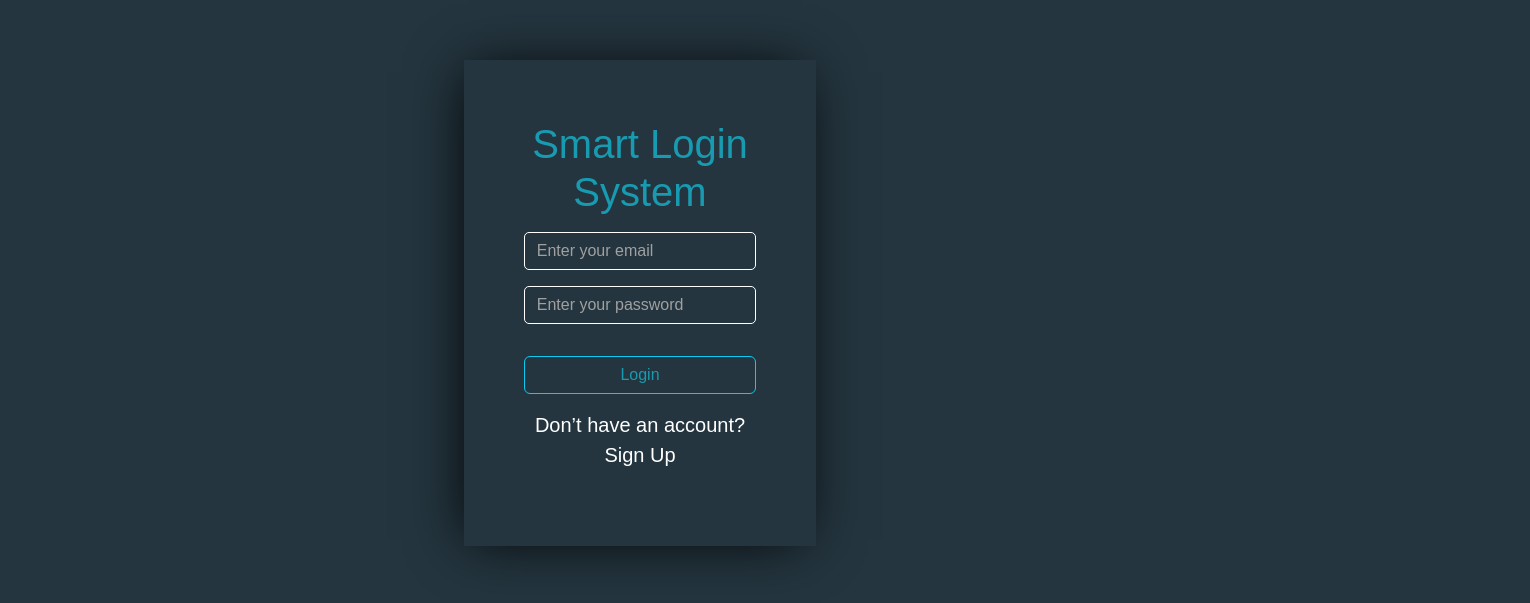
Repository: bodajava/TASK-4
Page: index.html
An editor plug-in stored every save of this project. The page is shown before and after the next save, followed by the edit.
The browser window is 1280 px wide. The page is 1280 px wide, then 1530 px, so the pictures cover 1530 px, including what lies to the right of the window. The pictures show the whole page.

Above is the page before, as saved 2025-06-19 10:21:13.

### index.html
<!DOCTYPE html>
<html lang="en">
  <head>
    <link rel="stylesheet" href="CSS/all.min.css" />
    <link rel="stylesheet" href="CSS/bootstrap.css" />
    <link rel="stylesheet" href="CSS/style.css" />
    <meta charset="UTF-8" />
    <meta name="viewport" content="width=device-width, initial-scale=1.0" />
    <title>Document</title>
  </head>
  <body>
    <div id="item" class="container text-center">
      <div id="item2" class="m-auto w-75 group">
        <h1>Smart Login System</h1>
        <input
          type="text"
          class="form-control my-3"
          placeholder="Enter your email"
          id="signinEmail"
        />
        <input
          type="password"
          class="form-control my-3"
          placeholder="Enter your password"
          id="signinPassword"
        />

        <a class="btnn btn btn-outline-info w-100 my-3" href="theerdIndex.html"
          >Login</a
        >

        <p class="paragraph">
          Don’t have an account?
          <a class="anchor" href="scoundIndex.html">Sign Up</a>
        </p>
      </div>
    </div>

    <script src="js/bootstrap.bundle.min.js"></script>
    <script src="js/index.js"></script>
  </body>
</html>

### CSS/style.css
* {
  padding: 0;
  margin: 0;
  box-sizing: border-box;
}

body {
  background-color: #24353f;
  font-family: Arial, sans-serif;
  display: flex;
  justify-content: center;
  align-content: center;
  align-items: center;
}

#item {
  margin-top: 60px;
  margin-left: 390px;
  margin-right: 390px;
  padding-left: 15px;
  padding-right: 15px;
}

#item2 {
  box-shadow: -5px 2px 54px -9px rgba(0, 0, 0, 1);
  margin-left: 138.75px;
  margin-right: 138.75px;
  padding-left: 60px;
  padding-right: 60px;
  padding-top: 60px;
  padding-bottom: 60px;
}

h1 {
  color: #189bb1;
}

.anchor {
  text-decoration: none;
}

.anchor:hover {
  text-decoration: underline;
}

.paragraph {
  font-size: 20px;
  line-height: 30px;
  font-weight: 400;
  color: white;
}

.paragraph a {
  font-size: 20px;
  line-height: 30px;
  font-weight: 400;
  color: white;
}

.form-control {
  background-color: #24353f;
  border: 1px solid white;
  color: #fff;
  border-radius: 5px;
}

.form-control::placeholder {
  color: #a0a0a0;
}

.form-control:focus {
  background-color: #24353f;
  color: #fff;
  border-color: #189bb1;
  outline: none;
  box-shadow: none;
}

.btnn {
  text-decoration: none;
  color: #189bb1;
}

.btnn:hover {
  color: white;
}

#box {
  box-shadow: -5px 2px 54px -9px rgba(0, 0, 0, 1);
}

#nav {
  background-color: #24353f !important;
}

#container {
  box-shadow: -5px 2px 54px -9px rgba(0, 0, 0, 1);
}

#margen {
  margin-left: 90px;
  font-size: 25px;
  line-height: 38px;
  font-weight: 400;
  color: white;
}

ul li {
  margin-right: 90px;
  padding-bottom: 10px;
}

#userName {
  box-shadow: -5px 2px 54px -9px rgba(0, 0, 0, 1);
  padding-left: 60px;
  padding-right: 60px;
  padding-bottom: 60px;
  padding-top: 60px;
  margin-top: 259.375px;
  margin-bottom: 259.375px;
  margin-left: 238.75px;
  margin-right: 238.75px;
}

### js/index.js
var signinEmailInput = document.getElementById("signinEmail");
var signinPasswordInput = document.getElementById("signinPassword");

var signinNameInput = document.getElementById("signinName");
var signinEmailInput = document.getElementById("signinEmail");
var signinPassword2 = document.getElementById("signinPassword2");

Loaded but not shown: CSS/all.min.css (library); CSS/bootstrap.css (library); js/bootstrap.bundle.min.js (library)

After the next save:
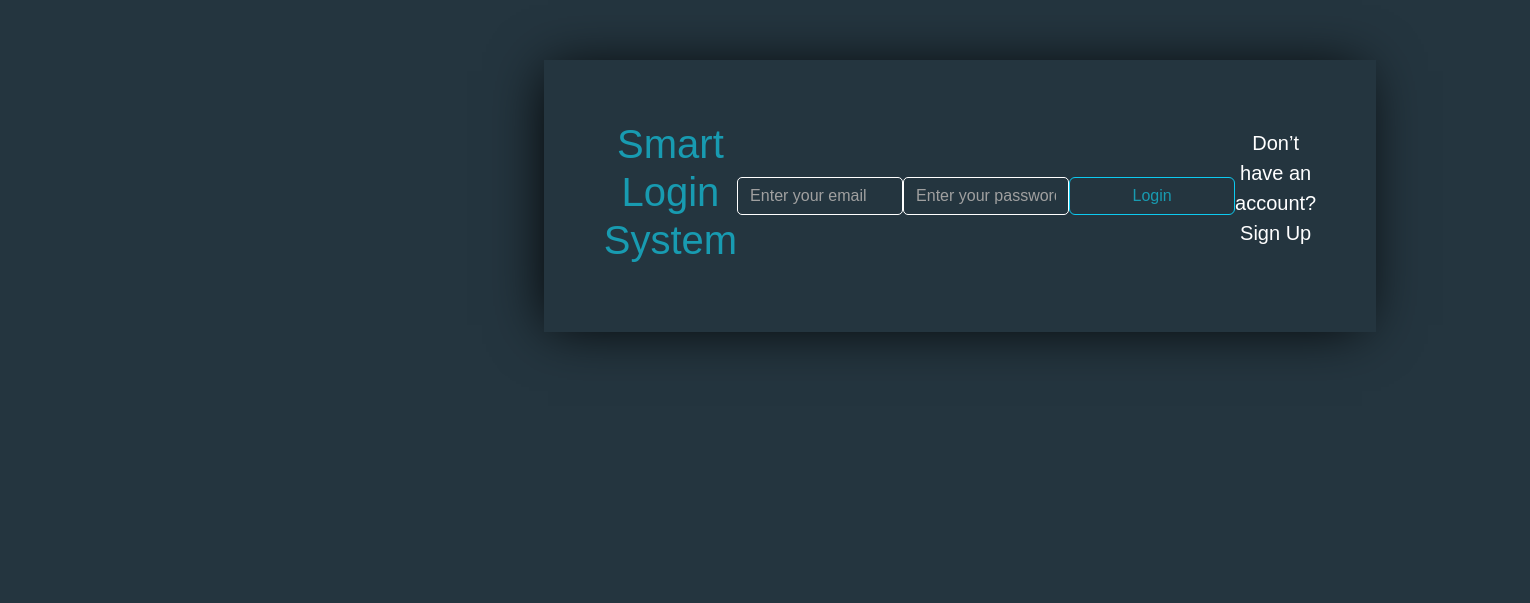
Saved 26 s later.
--- a/CSS/style.css
+++ b/CSS/style.css
@@ -7,10 +7,6 @@
 body {
   background-color: #24353f;
   font-family: Arial, sans-serif;
-  display: flex;
-  justify-content: center;
-  align-content: center;
-  align-items: center;
 }
 
 #item {
@@ -19,6 +15,10 @@ body {
   margin-right: 390px;
   padding-left: 15px;
   padding-right: 15px;
+  display: flex;
+  justify-content: center;
+  align-content: center;
+  align-items: center;
 }
 
 #item2 {
@@ -29,6 +29,10 @@ body {
   padding-right: 60px;
   padding-top: 60px;
   padding-bottom: 60px;
+  display: flex;
+  justify-content: center;
+  align-content: center;
+  align-items: center;
 }
 
 h1 {
